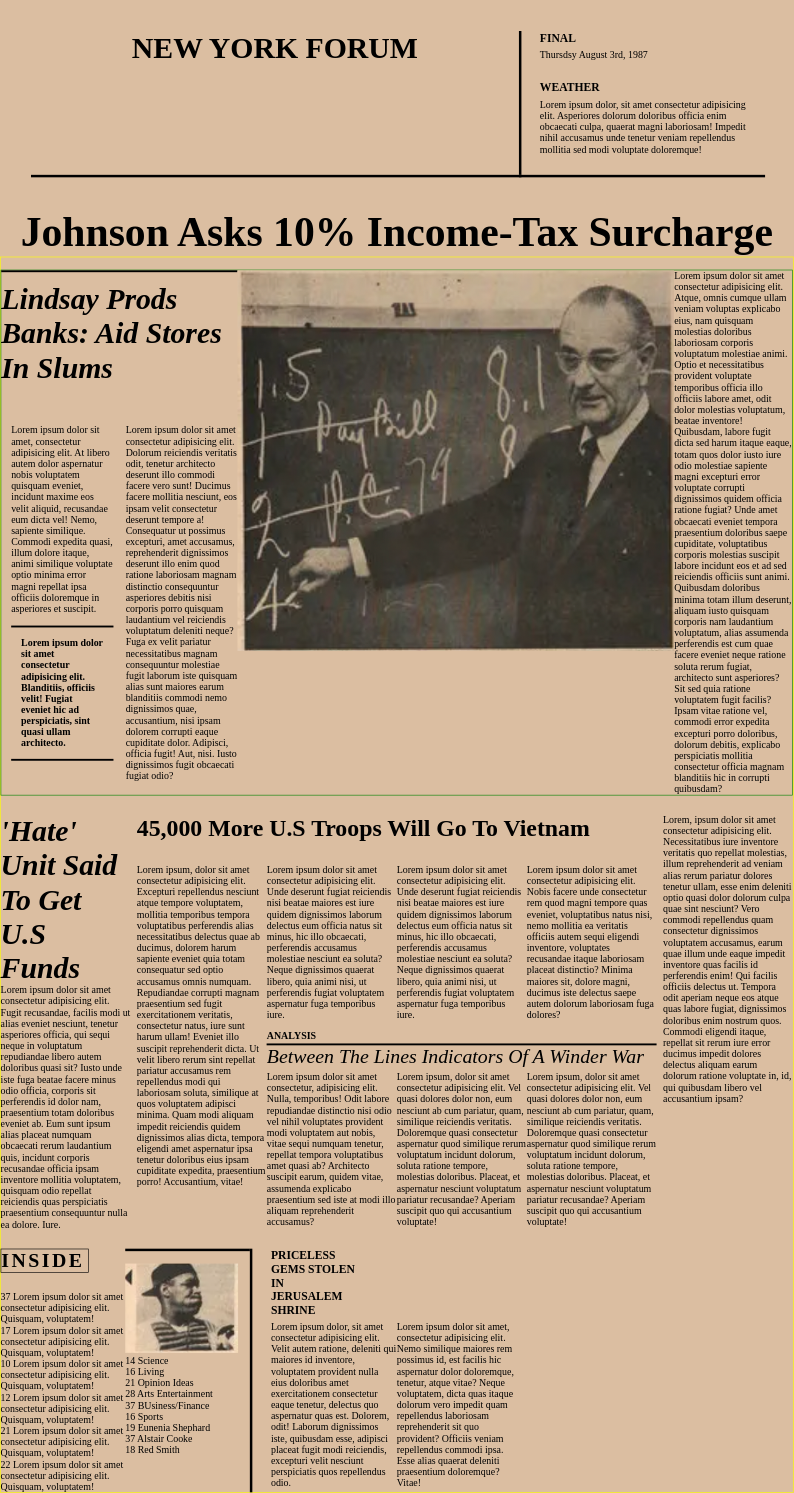
Repository: Arkitecth/newspaper-grid
Page: index.html
These files come from the project's save history. The page is drawn as it stood at one moment and after the next save; the edit follows.
The browser window is 1280 px wide. The pictures show the whole page, at 62% of full size.

Above is the page before, as saved 2023-05-29 22:49:06.

After the next save:
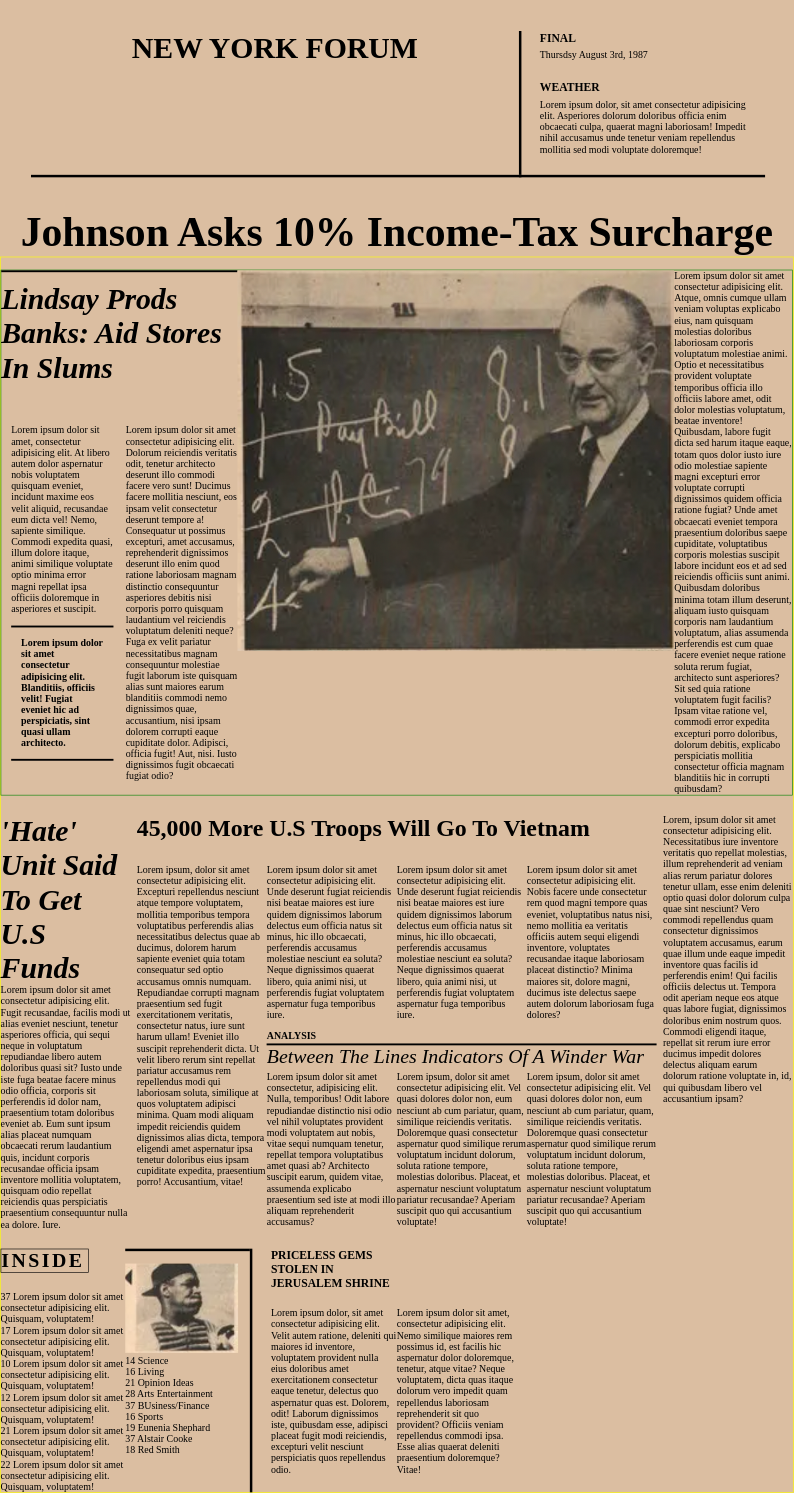
Saved 13 s later.
--- a/styles.css
+++ b/styles.css
@@ -191,7 +191,7 @@
 
 .column-2-row {
     display: grid;
-    grid-template-columns: 1fr 1fr 1fr;
+    grid-template-columns: 1fr 1fr;
 }
 
 .next-row {
